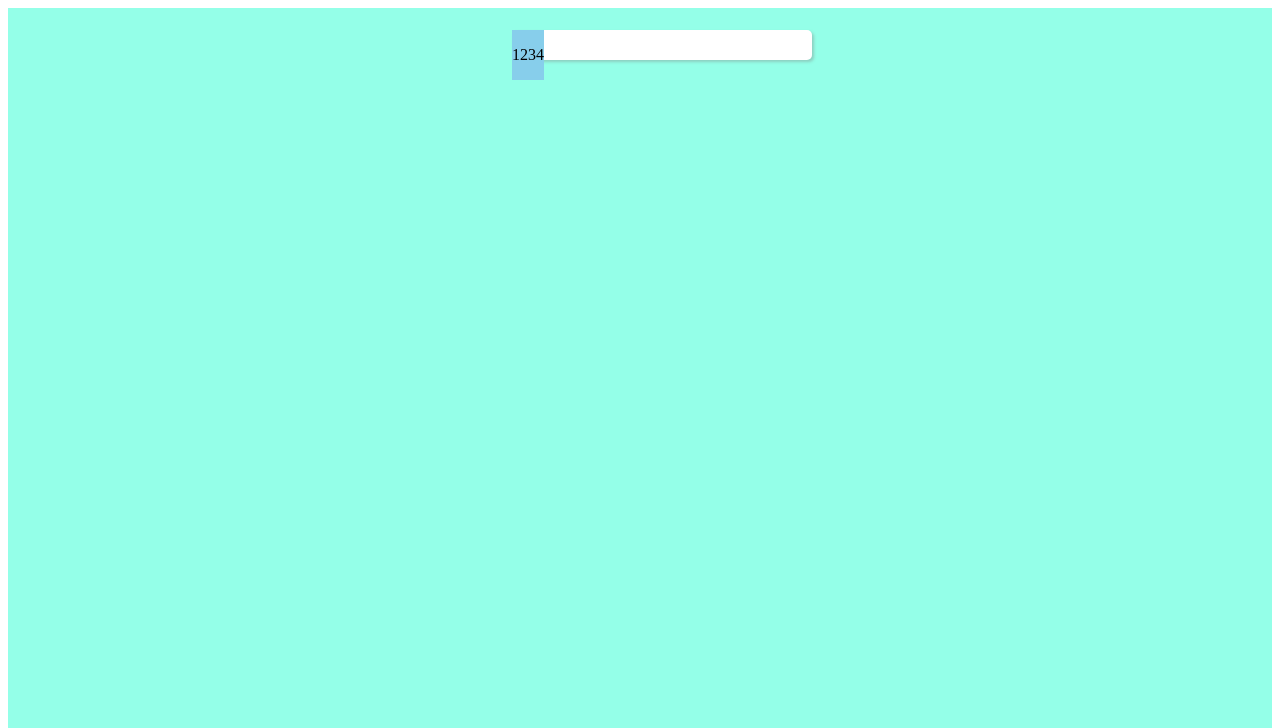
Repository: lxl0302/ClassBegin_-sound_code
Page: /
These files come from the project's save history. The page is drawn as it stood at one moment and after a run of saves; the edit follows.
The browser window is 1280 px wide. The pictures show the whole page.
The project was rebuilt for these pictures with package versions that can differ from the ones it lists, and the page was loaded fresh each time.

Above is the page before, as saved 2020-07-08 16:30:26.

After the next 2 saves:
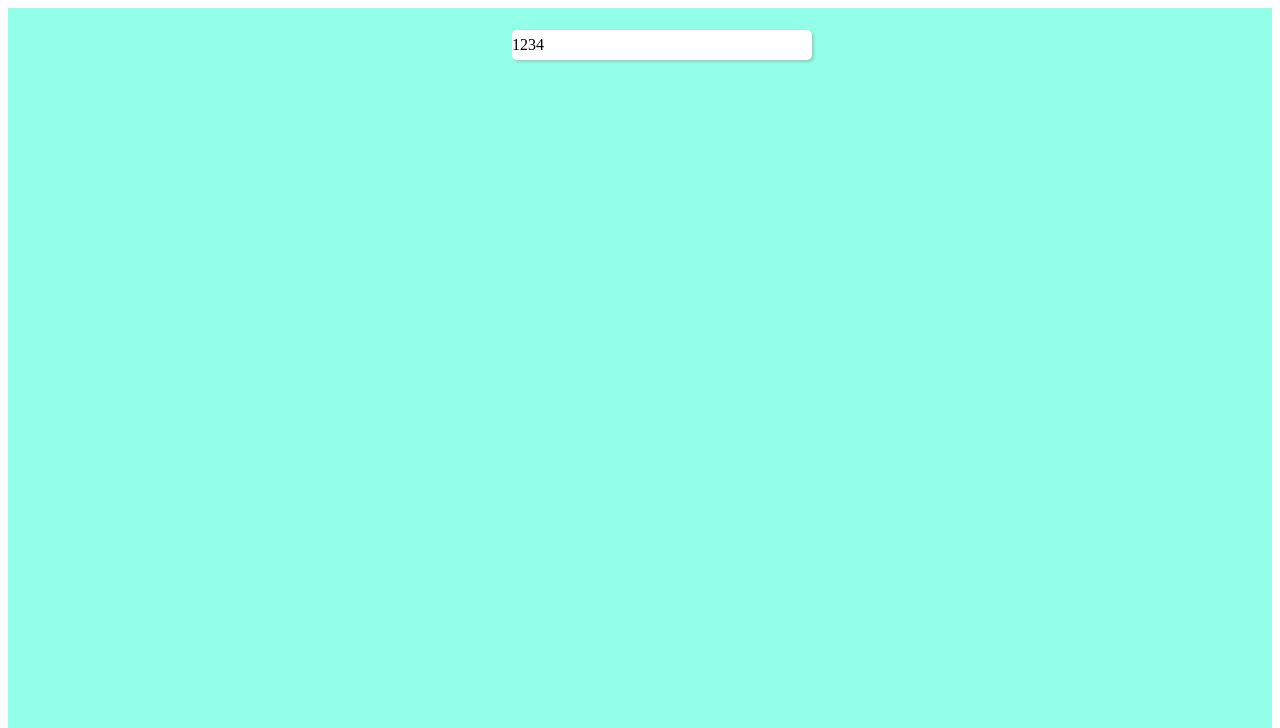
The 2 saves are shown as one change because they came seconds apart.
The last was saved 11 s later.
--- a/src/views/index.vue
+++ b/src/views/index.vue
@@ -53,10 +53,10 @@
     height: 50px; */
     /* 设置盒子为行内块 */
     display: inline-block;
-    background-color: skyblue;
+    /* background-color: skyblue; */
     /* 设置盒子内元素水平居中 */
     text-align: center;
     /* 设置盒子内容垂直居中 */
-    line-height: 50px;
+    line-height: 30px;
   }
 </style>
